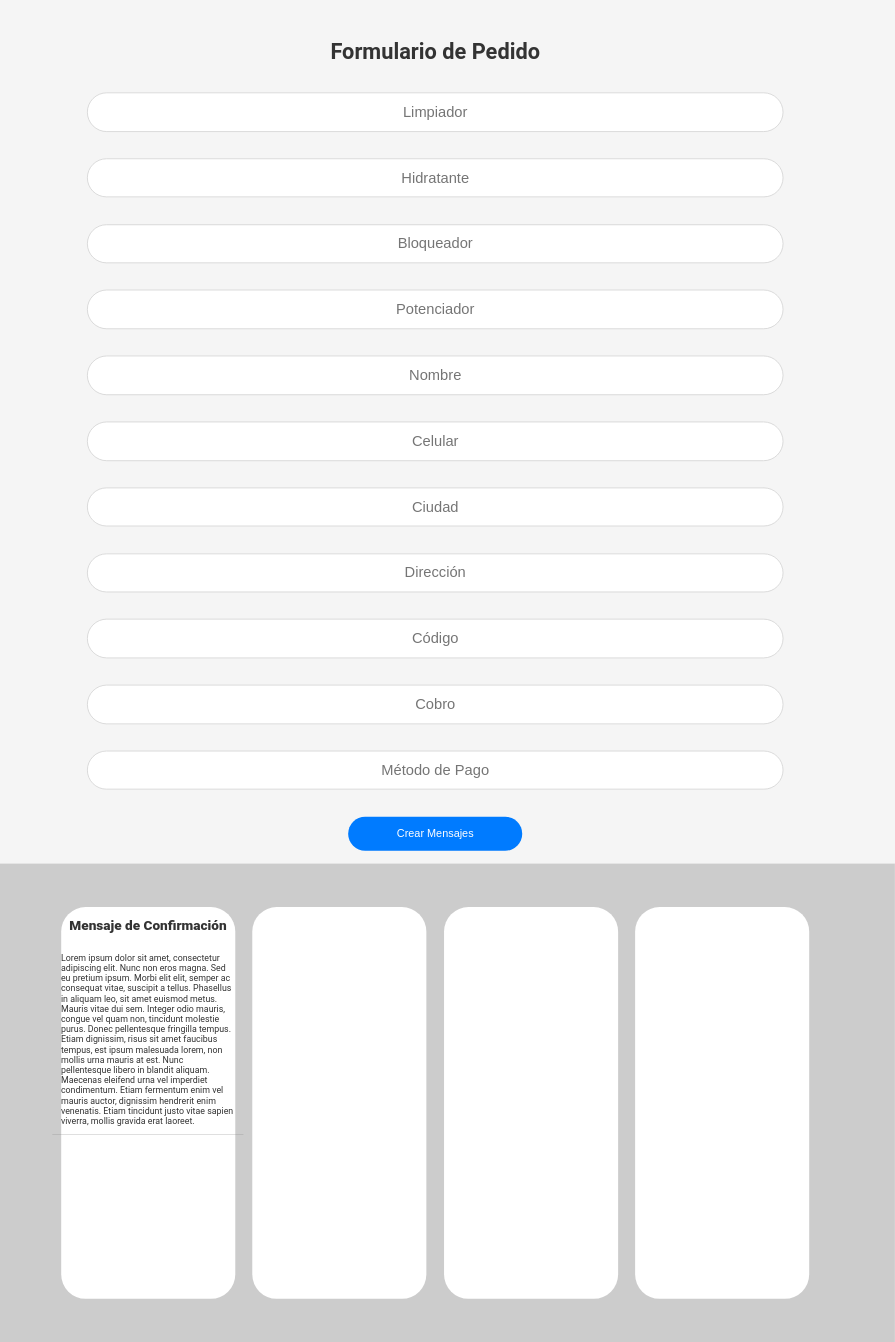
Repository: aCoupon0/intranet
Page: 1/venta-1.html
These files come from the project's save history. The page is drawn as it stood at one moment and after the next save; the edit follows.
The browser window is 1280 px wide. The page is 1316 px wide, so the pictures cover 1316 px, including what lies to the right of the window. The pictures show the whole page, at 68% of full size.

Above is the page before, as saved 2024-12-09 12:42:57.

### 1/venta-1.html
<!DOCTYPE html>
<html lang="es">

<head>
    <meta charset="UTF-8">
    <meta name="viewport" content="width=device-width, initial-scale=1.0">
    <title>Intranet DermaBox</title>
    <link rel="stylesheet" href="../css/venta.css">
</head>

<body>
    <h1>Formulario de Pedido</h1>

    <!-- Inputs para los productos -->
    <input type="text" id="input-limpiador" class="input-texto" placeholder="Limpiador">
    <input type="text" id="input-hidratante" class="input-texto" placeholder="Hidratante">
    <input type="text" id="input-bloqueador" class="input-texto" placeholder="Bloqueador">
    <input type="text" id="input-potenciador" class="input-texto" placeholder="Potenciador">

    <!-- Inputs para los datos del cliente -->
    <input type="text" id="input-nombre" class="input-texto" placeholder="Nombre">
    <input type="text" id="input-celular" class="input-texto" placeholder="Celular">
    <input type="text" id="input-ciudad" class="input-texto" placeholder="Ciudad">
    <input type="text" id="input-direccion" class="input-texto" placeholder="Dirección">

    <!-- Inputs para código, cobro y método -->
    <input type="text" id="input-codigo" class="input-texto" placeholder="Código">
    <input type="text" id="input-cobro" class="input-texto" placeholder="Cobro">
    <input type="text" id="input-metodo" class="input-texto" placeholder="Método de Pago">

    <!-- Botón para enviar -->
    <button id="boton-enviar" class="boton-enviar">Crear Mensajes</button>

    <div class="primera-fase">
        <div class="section-dual">
            <div class="section-dual-title">Mensaje de Confirmación</div>
            <div class="section-dual-1">Lorem ipsum dolor sit amet, consectetur adipiscing elit. Nunc non eros magna. Sed eu pretium ipsum. Morbi elit elit, semper ac consequat vitae, suscipit a tellus. Phasellus in aliquam leo, sit amet euismod metus. Mauris vitae dui sem. Integer odio mauris, congue vel quam non, tincidunt molestie purus. Donec pellentesque fringilla tempus. Etiam dignissim, risus sit amet faucibus tempus, est ipsum malesuada lorem, non mollis urna mauris at est. Nunc pellentesque libero in blandit aliquam. Maecenas eleifend urna vel imperdiet condimentum. Etiam fermentum enim vel mauris auctor, dignissim hendrerit enim venenatis. Etiam tincidunt justo vitae sapien viverra, mollis gravida erat laoreet.</div>
            <div class="section-dual-2"></div>
        </div>
        <div class="section-dual"></div>
        <div class="section-dual"></div>
        <div class="section-dual"></div>
    </div>

    <script src="../js/ventas-shared.js"></script>
</body>

</html>

### css/venta.css
body {
    font-family: 'Roboto', system-ui, -apple-system, BlinkMacSystemFont, 'Segoe UI', sans-serif;
    margin: 0;
    padding: 0;
    display: flex;
    justify-content: center;
    align-items: center;
    height: auto;
    flex-direction: column;
    background-color: #f5f5f5;
    color: #333;
    gap: 1.5vw;
    padding-top: 5vh;
}

input {
    width: 80vw; /* Ocupa el 80% del ancho del contenedor */
    height: 8vh; /* Altura dinámica según el viewport */
    padding: 10px;
    font-size: 3vh;
    border: 1px solid #ccc;
    border-radius: 5vw;
    margin-bottom: 20px; /* Separación del botón */
    box-sizing: border-box;
    text-align: center;
}

.boton-enviar {
    width: 20%; /* Mismo ancho que el input */
    padding: 10px;
    height: 7vh; /* Misma altura que el input */
    font-size: 1rem;
    background-color: #007BFF;
    color: white;
    border: none;
    border-radius: 5vw;
    cursor: pointer;
    transition: background-color 0.3s;
    text-align: center;
}

.boton-enviar:hover {
    background-color: #0056b3;
}


.primera-fase {
    width: 100%;
    height: auto;
    padding: 5% 5vh 5% 5vh;
    display: flex;
    justify-content: center;
    align-content: center;
    background-color: #ccc;
    flex-direction: row;
    gap: 2%;
}

.section-dual {
    width: 20%;
    height: 80vh;
    border-radius: 5vh;
    display: flex;
    flex-direction: column;
    background-color: #ffffff;
    justify-content: flex-start;
    align-items: center;
}

.section-dual-title {
    width: 100%;
    height: 10%;
    display: flex;
    justify-content: center;
    align-items: center;
    font-size: 20px;
    font-weight: 800;
}

.section-dual-1 {
    width: 100%;
    height: 45%;
    border-bottom: 1px solid rgba(128, 128, 128, 0.339);
    display: flex;
    justify-content: flex-start;
    align-items: center;
    text-align: left;
    padding: 5% 5% 5% 5%;
    font-size: 13px;
    font-weight: 400;
}


.section-dual-2 {
    width: 100%;
    height: 45%;
}

Loaded but not shown: js/ventas-shared.js (empty)

After the next save:
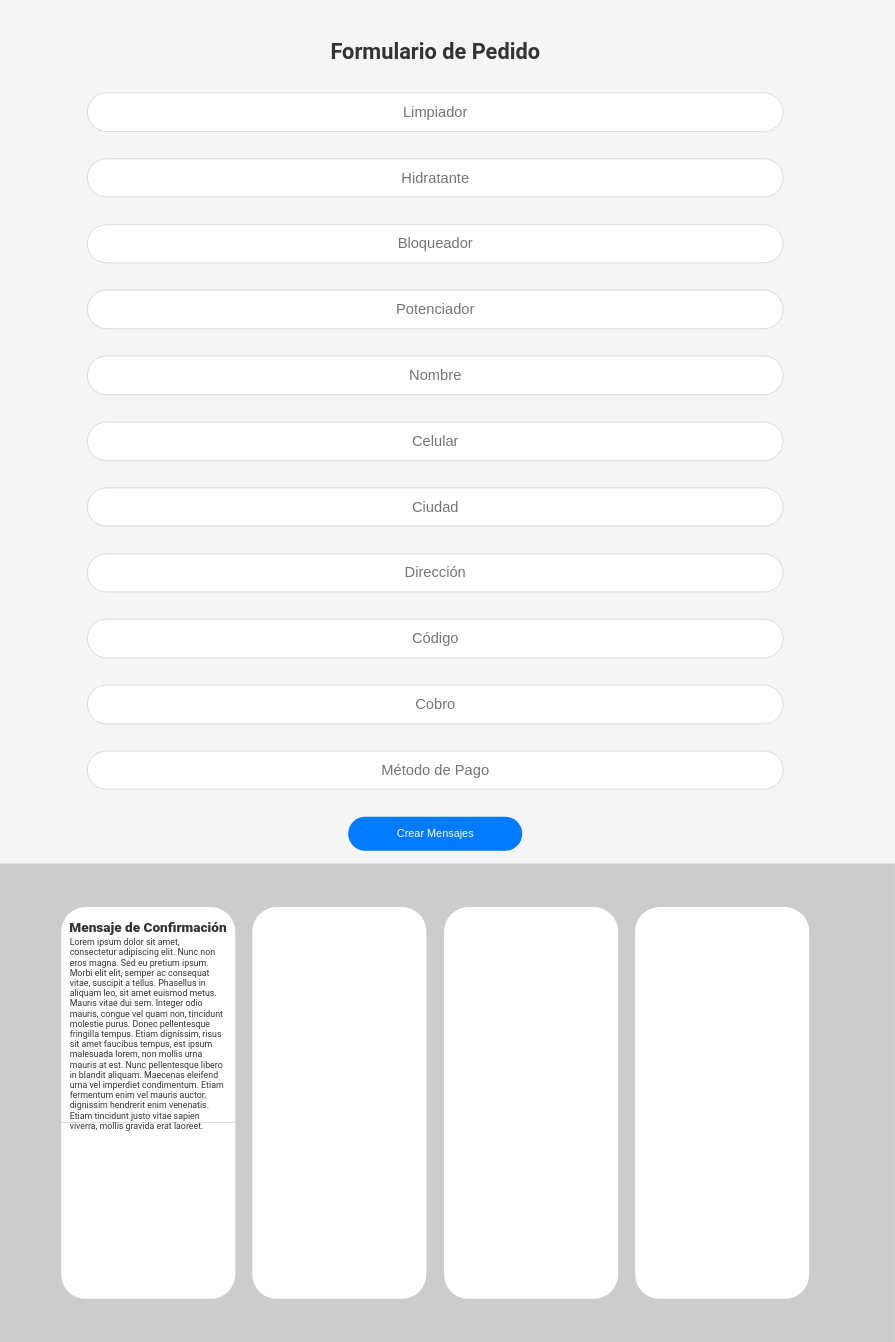
Saved 22 s later.
--- a/css/venta.css
+++ b/css/venta.css
@@ -85,9 +85,10 @@ input {
     justify-content: flex-start;
     align-items: center;
     text-align: left;
-    padding: 5% 5% 5% 5%;
+    box-sizing: border-box;
     font-size: 13px;
     font-weight: 400;
+    padding: 5%;
 }
 
 
